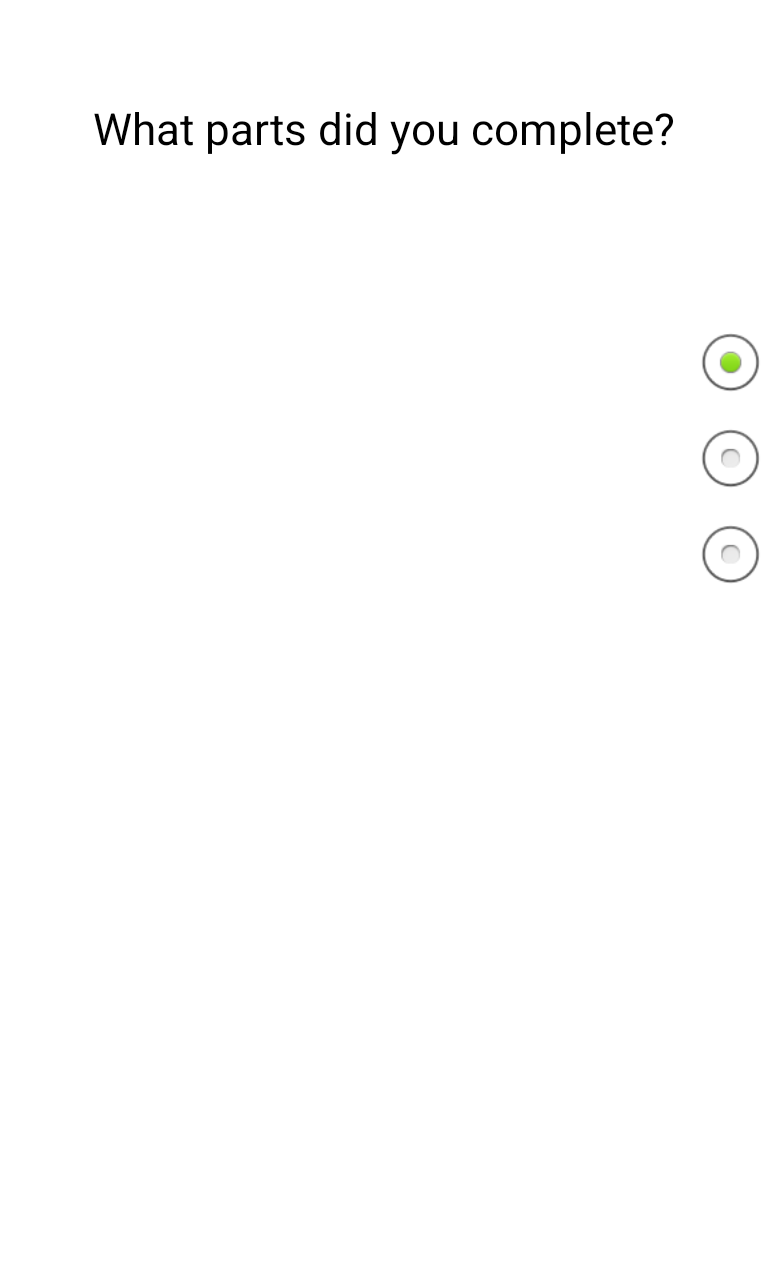
Repository: jwisch91/CS390-Project
Layout: workspace/testing/res/layout/check_weight.xml
An editor plug-in stored every save of this project. The layout is shown before and after the next save, followed by the edit.
It is drawn on a 768 x 1280 px phone screen (xhdpi) without system bars, with theme android:Theme.Light; the app's code is not run.

Above is the layout before, as saved 2013-05-02 21:19:38.

After the next save:
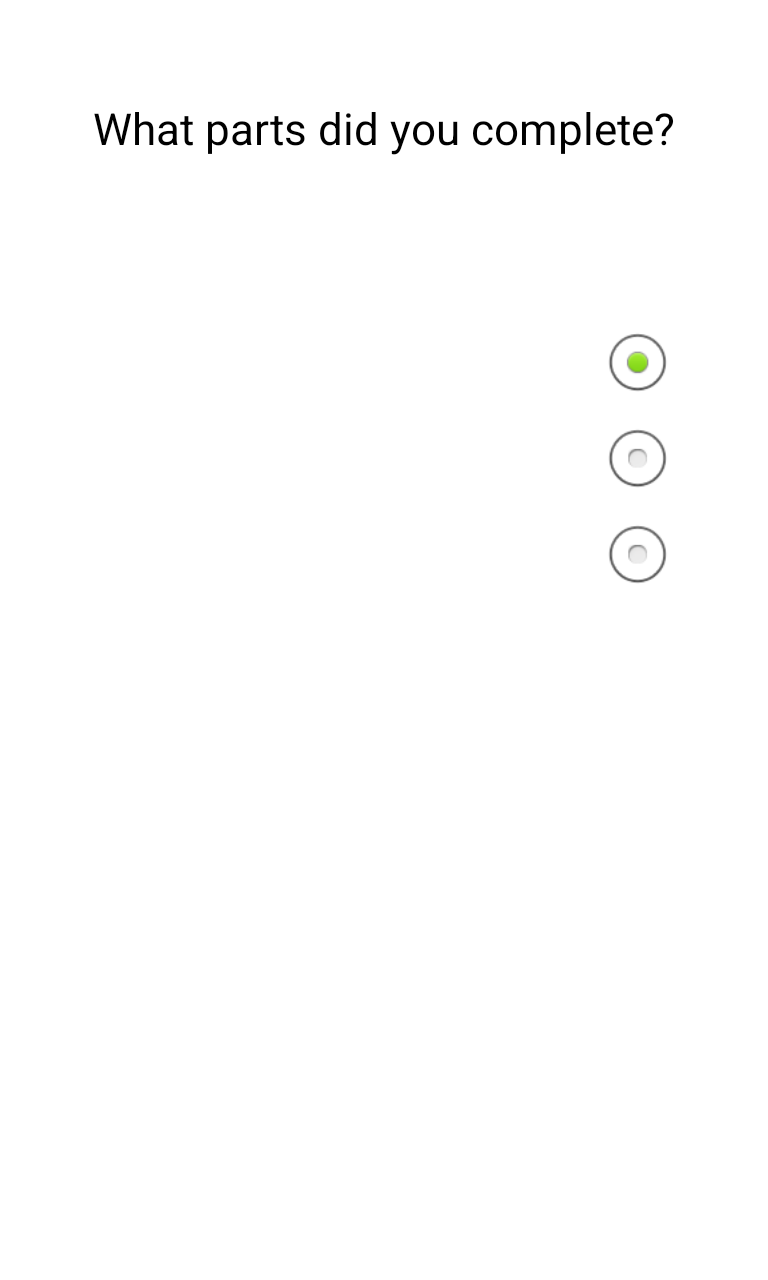
Saved 72 s later.
--- a/workspace/testing/res/layout/check_weight.xml
+++ b/workspace/testing/res/layout/check_weight.xml
@@ -20,22 +20,28 @@
         android:layout_alignParentRight="true"
         android:layout_below="@+id/textView1"
         android:layout_marginTop="80dp" >
-
-        <RadioButton
-            android:id="@+id/radio0"
-            android:layout_width="wrap_content"
-            android:layout_height="wrap_content"
-            android:checked="true" />
-
-        <RadioButton
-            android:id="@+id/radio1"
-            android:layout_width="wrap_content"
-            android:layout_height="wrap_content"/>
-
-        <RadioButton
-            android:id="@+id/radio2"
-            android:layout_width="wrap_content"
-            android:layout_height="wrap_content"/>
     </RadioGroup>
 
+    <RadioButton
+        android:id="@+id/radio0"
+        android:layout_width="wrap_content"
+        android:layout_height="wrap_content"
+        android:layout_alignRight="@+id/textView1"
+        android:layout_alignTop="@+id/radioGroup1"
+        android:checked="true" />
+
+    <RadioButton
+        android:id="@+id/radio1"
+        android:layout_width="wrap_content"
+        android:layout_height="wrap_content"
+        android:layout_alignRight="@+id/textView1"
+        android:layout_below="@+id/radio0" />
+
+    <RadioButton
+        android:id="@+id/radio2"
+        android:layout_width="wrap_content"
+        android:layout_height="wrap_content"
+        android:layout_alignRight="@+id/textView1"
+        android:layout_below="@+id/radio1" />
+
 </RelativeLayout>
